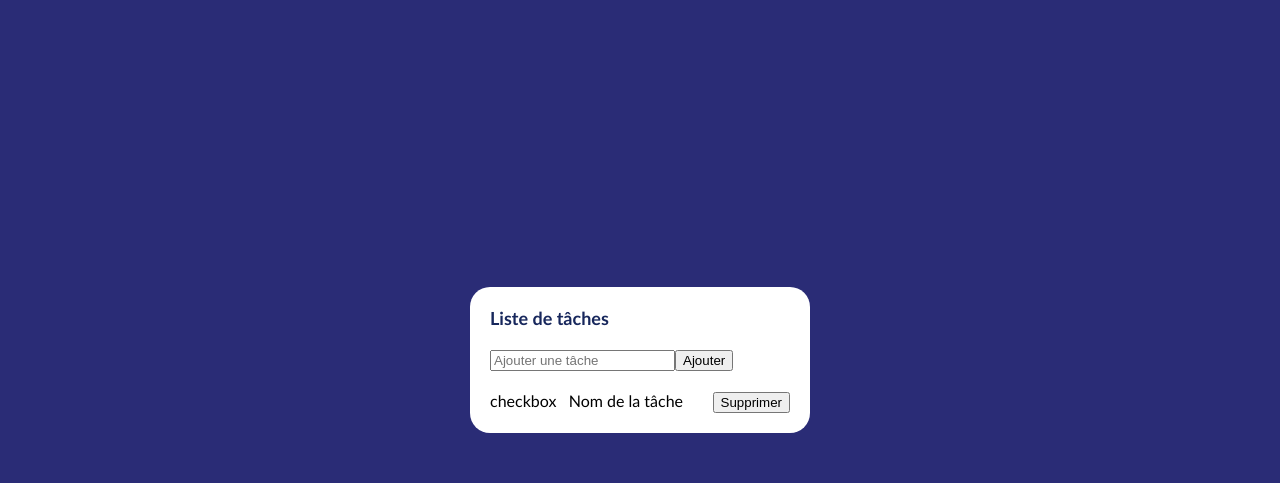
Repository: ndiemenguer/convertisseur
Page: / (app in todo-isep/)
The author's editor kept a copy of each file at every save. The page is drawn from the files as they stood at one save, then again after the next save.
The browser window is 1280 px wide. The pictures show the whole page.
The project was rebuilt for these pictures with package versions that can differ from the ones it lists, and the page was loaded fresh each time. Also part of the build but not shown: todo-isep/vite.config.js, todo-isep/src/Application.jsx, todo-isep/src/index.css.

Above is the page before, as saved 2023-05-06 12:21:38.

### todo-isep/src/main.jsx
import React from 'react'
import ReactDOM from 'react-dom/client'
import App from './App.jsx'
import ApplicationDev from './Application.jsx'
import './index.css'


ReactDOM.createRoot(document.getElementById('root')).render(
  <React.StrictMode>
    <App />
  </React.StrictMode>,
)

### todo-isep/src/App.jsx
import "./App.css";

function App() {
  return (
    <>
      <main className="container">
        <div className="title">Liste de tâches</div>
        <div className="input-box">
          <input
            type="text"
            className="input"
            placeholder="Ajouter une tâche"
          />
          <button>Ajouter</button>
        </div>
        <div className="todo-list">
          <div className="todo-box">
            <div>checkbox &nbsp; Nom de la tâche</div>
            <div>
              <button>Supprimer</button>
            </div>
          </div>
        </div>
      </main>
    </>
  );
}

export default App;

### todo-isep/src/App.css
body {
  background: #2a2c76;
  display: flex;
  height: 100vh;
  width: 100vw;
  margin: 0;
  justify-content: center;
  align-items: center;
  font-family: calibri;
}

.container {
  background: white;
  width: 300px;
  min-height: 100px;
  border-radius: 20px;
  display: flex;
  flex-direction: column;
  gap: 20px;
  padding: 20px;
}

.container .title {
  font-size: 18px;
  font-weight: 600;
  color: #17275c;
}

.input-box {
}

.todo-list {
  display: flex;
  flex-direction: column;
  gap: 10px;
}

.todo-box {
  display: flex;
  justify-content: space-between;
}

Loaded but not shown: todo-isep/index.html (common file)

After the next save:
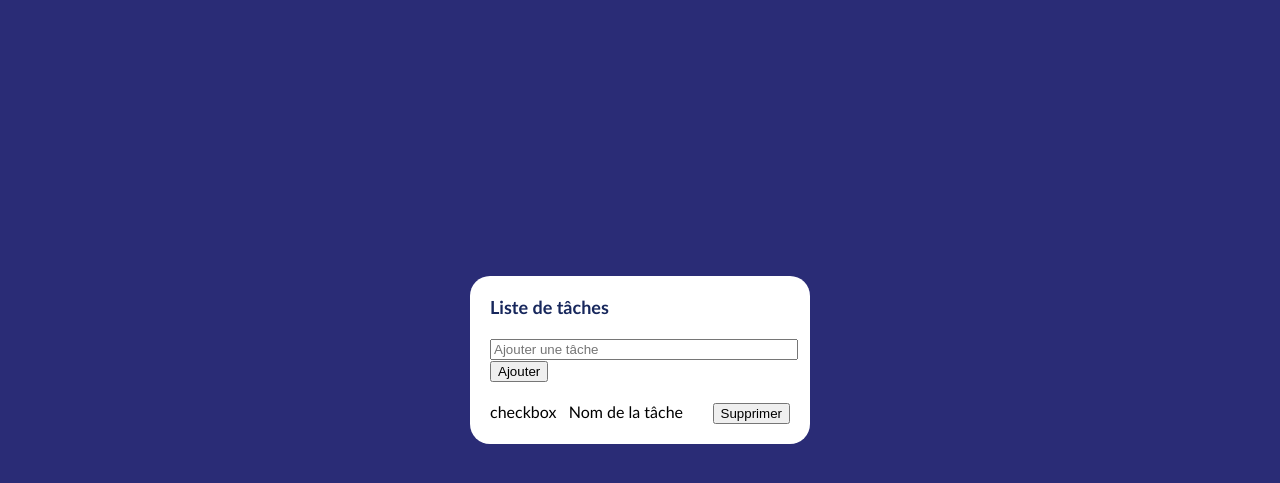
Saved 13 s later.
--- a/todo-isep/src/App.css
+++ b/todo-isep/src/App.css
@@ -39,3 +39,7 @@ body {
   display: flex;
   justify-content: space-between;
 }
+
+.input {
+  width: 100%;
+}
